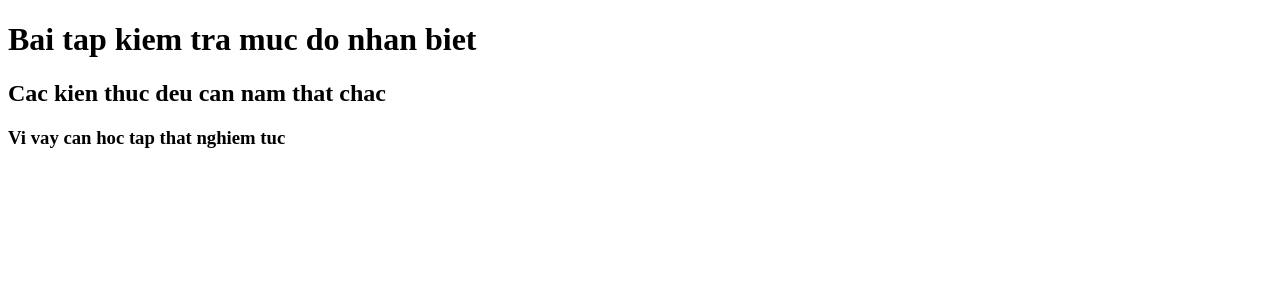
Repository: bachphamudu/my-tech-docs
Page: index.html
The author's editor kept a copy of each file at every save. The page is drawn from the files as they stood at one save, then again after a run of saves.
The browser window is 1280 px wide. The pictures show the whole page.

Above is the page before, as saved 2026-10-17 09:09:57.

After the next 2 saves:
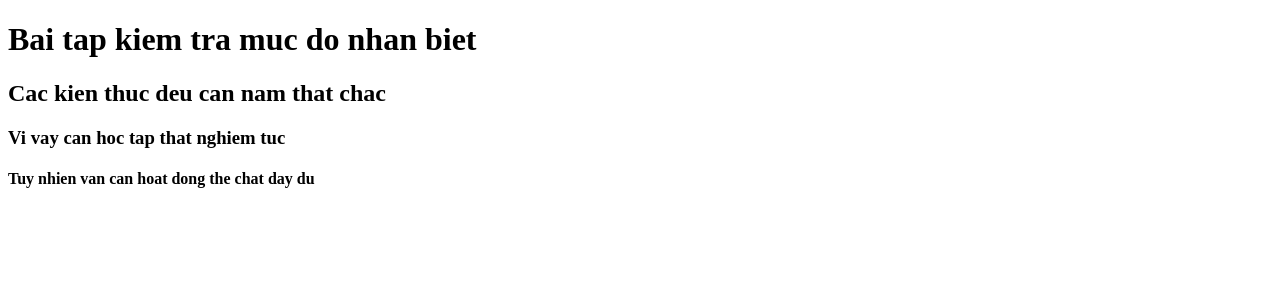
The 2 saves are shown as one change because they came seconds apart.
The last was saved 14 s later.
--- a/index.html
+++ b/index.html
@@ -9,6 +9,7 @@
     <h1>Bai tap kiem tra muc do nhan biet</h1>
     <h2>Cac kien thuc deu can nam that chac</h2>
     <h3>Vi vay can hoc tap that nghiem tuc</h3>
-    <h4></h4>
+    <h4>Tuy nhien van can hoat dong the chat day du</h4>
+
 </body>
 </html>
